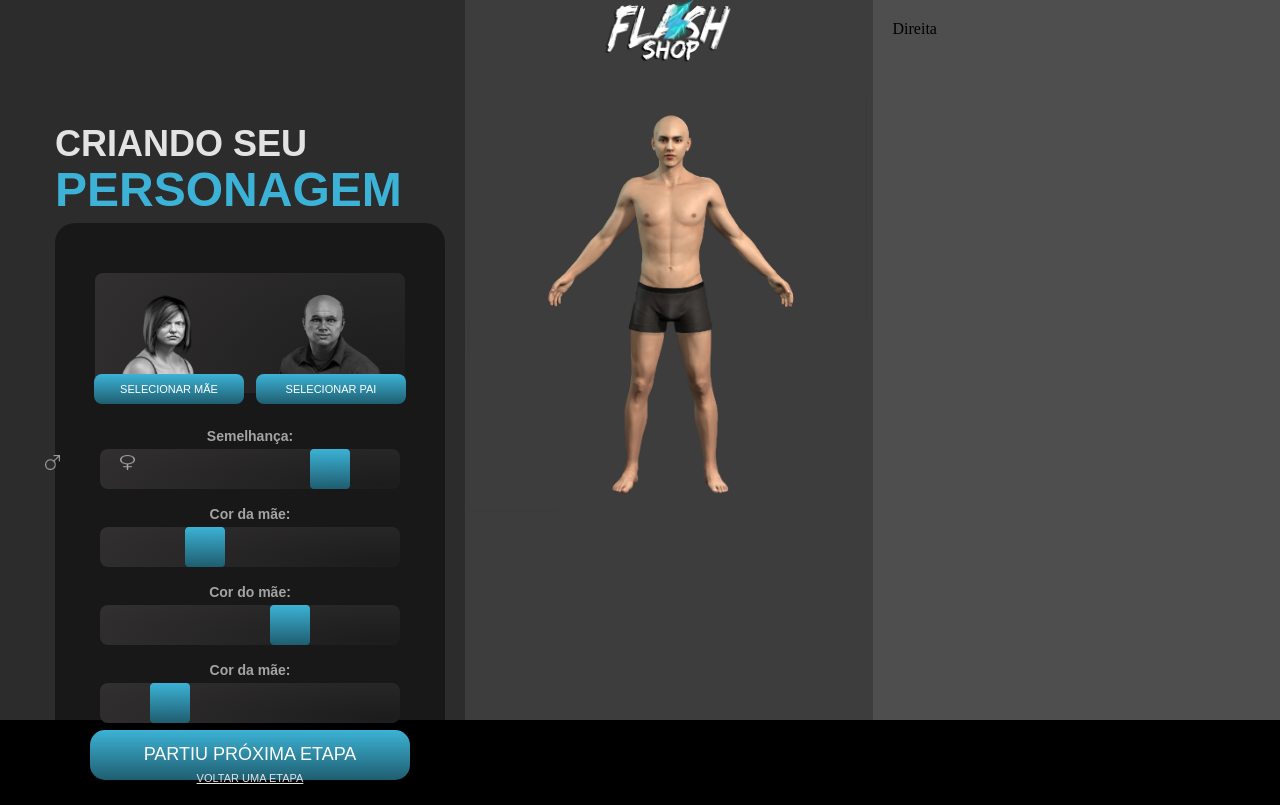
Repository: DuMCorrea/CriandoPerso
Page: index.html
An editor plug-in stored every save of this project. The page is shown before and after a run of saves, followed by the edit.
The browser window is 1280 px wide. The pictures show the whole page.

Above is the page before, as saved 2024-08-29 16:07:36.

### index.html
<!DOCTYPE html>
<html lang="en">
<head>
    <meta charset="UTF-8">
    <meta name="viewport" content="width=device-width, initial-scale=1.0">
    <title>Dividindo a Tela com Imagens</title>
    <link rel="stylesheet" href="styles.css">
</head>
<body>
    <div class="container">
        <div class="left">
            <h1 class="title">
                <span class="part1">CRIANDO SEU</span>
                <span class="part2">PERSONAGEM</span>
            </h1>
            <div class="vertical-rectangle">
                <div class="image-rectangle">
                    <img src="assets/mulher.png" alt="Imagem 1" class="rectangle-image">
                    <img src="assets/homem.png" alt="Imagem 2" class="rectangle-image">
                </div>
                <div class="button-group">
                    <button class="top-button">SELECIONAR MÃE</button>
                    <button class="top-button">SELECIONAR PAI</button>
                </div>
                <div class="rectangles-group">
                    <div class="image-container">
                        <img src="assets/Fem.png" alt="Imagem 1" class="small-image left-image">
                        <img src="assets/Masc.png" alt="Imagem 2" class="small-image right-image">
                    </div>
                    <div class="rectangle-title">Semelhança:</div>
                    <div class="gradient-rectangle">
                        <img src="assets/quadradoAzul.png" alt="Imagem 1" class="small-image1">
                    </div>

                    <div class="rectangle-title">Cor da mãe:</div>
                    <div class="gradient-rectangle">
                        <img src="assets/quadradoAzul.png" alt="Imagem 2" class="small-image2">
                    </div>

                    <div class="rectangle-title">Cor do mãe:</div>
                    <div class="gradient-rectangle">
                        <img src="assets/quadradoAzul.png" alt="Imagem 3" class="small-image3">
                    </div>

                    <div class="rectangle-title">Cor da mãe:</div>
                    <div class="gradient-rectangle">
                        <img src="assets/quadradoAzul.png" alt="Imagem 4" class="small-image4">
                    </div>
                </div>
                <button class="rectangle-button">PARTIU PRÓXIMA ETAPA</button>
                <button class="back-button">VOLTAR UMA ETAPA</button>
            </div>
        </div>
        <div class="center">
            <img src="assets/FlashStore 1 (1).png" alt="Imagem 1" class="top-image">
            <img src="assets/boneco 2.png" alt="Imagem 2" class="center-image">
        </div>
        <div class="right">Direita</div>
    </div>
</body>

</html>

### styles.css
body, html {
    margin: 0;
    padding: 0;
    height: 100%;
    display: flex;
    justify-content: center;
    align-items: center;
    background-color: #000; /* Fundo escuro */
}

.container {
    display: flex;
    width: 100%;
    height: 100%;
}

.container > div {
    flex: 1; /* Cada div ocupa 1/3 do espaço disponível */
    height: 100%;
    padding: 20px;
    box-sizing: border-box;
}



/* PARTE ESQUERDA */



.left {
    background-color: #2c2c2c;
    display: flex;
    flex-direction: column;
    justify-content: flex-start;
    align-items: flex-start;

}

.title {
    margin: 100px 0 0 0; /* Adiciona margem superior para mover o título para baixo */
    padding: 0;
}

.part1 {
    font-family: 'Baloo Bhai', sans-serif;
    font-size: 36px;
    font-weight: 700; /* Aumenta o peso da fonte para deixá-la mais grossa */
    line-height: 48px;
    text-align: left;
    color: #E3E3E3;
    display: block;
    margin-bottom: -10px; /* Reduz a distância entre as duas partes do título */
    margin-left: 35px;
}

.part2 {
    font-family: 'Baloo Bhai', sans-serif;
    font-size: 48px;
    font-weight: 700; /* Aumenta o peso da fonte para deixá-la mais grossa */
    line-height: 64px;
    text-align: left;
    color: #3CB3D6;
    display: block;
    margin-left: 35px;
}

.vertical-rectangle {
    width: 390px; /* Largura do retângulo */
    height: 630px; /* Altura do retângulo */
    background: #00000075; /* Cor de fundo com opacidade */
    border-radius: 20px; /* Bordas arredondadas */
    margin-left: 35px; /* Alinhamento com o título */
    margin-top: 1px; /* Espaço entre o título e o retângulo */
    display: flex;
    flex-direction: column;
    justify-content: space-between; /* Distribui o espaço */
    align-items: center; /* Centraliza os conteúdos */
}


.rectangle-button {
    width: 320px; /* Largura do botão */
    height: 50px; /* Altura do botão */
    background: linear-gradient(180deg, #3CB3D6 0%, #1F5E70 100%); /* Gradiente de cor */
    border-radius: 15px; /* Bordas arredondadas */
    border: none; /* Remove borda padrão do botão */
    color: white; /* Cor do texto */
    font-family: 'Baloo Bhai', sans-serif;
    font-size: 18px; /* Tamanho do texto */
    display: flex;
    justify-content: center; /* Centraliza horizontalmente */
    align-items: center; /* Centraliza verticalmente */
    margin-bottom: -15px; /* Ajusta o espaçamento superior */
    cursor: pointer;
}

.back-button {
    background: none; /* Remove o fundo */
    border: none; /* Remove a borda */
    color: #E3E3E3; /* Cor do texto */
    font-family: 'Baloo Bhai', sans-serif;
    font-size: 11px; /* Tamanho do texto */
    margin-bottom: 20px; /* Espaçamento superior ajustado */
    text-decoration: underline; /* Adiciona sublinhado */
    cursor: pointer; /* Muda o cursor ao passar por cima */
}


.button-group {
    display: flex;
    justify-content: space-between; /* Espaça os botões igualmente */
    width: 0%; /* Largura igual à do retângulo */
    padding: 10px 20px; /* Adiciona espaçamento ao redor dos botões */
}

.top-button {
    width: 50px; /* Largura dos botões */
    height: 40px; /* Altura dos botões */
    background: linear-gradient(180deg, #3CB3D6 0%, #1F5E70 100%); /* Gradiente de cor */
    border-radius: 15px; /* Bordas arredondadas */
    border: none; /* Remove borda padrão do botão */
    color: white; /* Cor do texto */
    font-family: 'Baloo Bhai', sans-serif;
    font-size: 16px; /* Tamanho do texto */
    display: flex;
    justify-content: center; /* Centraliza horizontalmente */
    align-items: center; /* Centraliza verticalmente */
    cursor: pointer;
}




.gradient-rectangle {
    width: 300px; /* Largura igual ao botão */
    height: 40px; /* Altura padrão para cada retângulo, ajuste conforme necessário */
    background: radial-gradient(547.21% 823.76% at 94.51% 88.04%, #1D1C1C 0%, #837E7E 100%);
    border-radius: 8px; /* Bordas arredondadas, igual ao botão */
    margin-bottom: 1px; /* Diminui a distância entre os retângulos */
    margin-top: 38px;
    margin-left: 0px;
}

.rectangle-title {
    width: 300px; /* Largura igual ao botão e retângulos */
    height: 30px; /* Altura do título */
    border-radius: 8px; /* Bordas arredondadas */
    display: flex;
    align-items: center; /* Centraliza verticalmente o texto */
    justify-content: center; /* Centraliza horizontalmente o texto */
    color: #A4A4A4; /* Cor do texto */
    font-weight: 700;
    font-family: 'Baloo Bhai', sans-serif;
    font-size: 14px; /* Tamanho do texto */
    margin-bottom: -40px; /* Espaçamento entre o título e o retângulo */
    margin-top: 10px;

}

.image-container {
    width: 50%;
    display: flex;
    justify-content: space-between; /* Coloca uma imagem em cada lado */
    position: absolute; /* As imagens ficam fora do fluxo normal */
    top: 10px; /* Ajusta a posição acima do retângulo */
    padding: 0 10px; /* Espaçamento lateral entre as bordas */
}

.small-image {
    width: 15px; /* Define o tamanho da imagem */
    height: 15px;
}

.left-image {
    position: relative;
    left: 10px;
    top: 445px;
}

.right-image {
    position: relative;
    right: 690px;
    top: 445px
}

.small-image1 {
    width: 40px;
    height: 40px;
    left: 210px;
    position: relative;
}
.small-image2 {
    width: 40px;
    height: 40px;
    left: 85px;
    position: relative;
}
.small-image3 {
    width: 40px;
    height: 40px;
    left: 170px;
    position: relative;
}
.small-image4 {
    width: 40px;
    height: 40px;
    left: 50px;
    position: relative;
}

.button-group {
    display: flex;
    justify-content: space-between; /* Espaça os botões igualmente */
    width: 80%; /* Largura do grupo de botões */
    height: 1%;
    top: 15px;
    position: relative;
}

.top-button {
    width: 150px; /* Largura dos botões */
    height: 30px; /* Altura dos botões */
    background: linear-gradient(180deg, #3CB3D6 0%, #1F5E70 100%); /* Gradiente de cor */
    border-radius: 8px; /* Bordas arredondadas */
    border: none; /* Remove borda padrão do botão */
    color: white; /* Cor do texto */
    font-family: 'Baloo Bhai', sans-serif;
    font-size: 11px; /* Tamanho do texto */
    cursor: pointer;
}

.rectangles-group {
    margin-top: 30px; /* Ajusta o espaçamento superior */
}

.image-rectangle {
    width: 290px; /* Largura do retângulo */
    height: 120px; /* Altura do retângulo */
    background: radial-gradient(547.21% 823.76% at 94.51% 88.04%, #1D1C1C 0%, #837E7E 100%); /* Gradiente de fundo */
    border-radius: 8px; /* Bordas arredondadas */
    display: flex;
    justify-content: space-between; /* Espaça as imagens igualmente */
    align-items: center; /* Centraliza verticalmente */
    padding: 0 10px; /* Espaçamento lateral interno */
    position: relative;
    top: 50px;
}

.rectangle-image {
    width: 110px; /* Largura das imagens */
    height: 110px; /* Altura das imagens */
    position: relative;
    right: 10px;
    top: 10px;
}

/* PARTE CENTRAL */



.center {
    background-color: #3d3d3d; /* Cor de fundo para a div central */
    display: flex;
    flex-direction: column;
    align-items: center;
    justify-content: space-between; /* Distribui o espaço entre as imagens */
}


.top-image {
    max-width: 40%;
    height: auto;
    margin-top: -60px;
}

.center-image {
    max-width: 200%;
    height: auto;
    margin-top: auto; /* Centraliza verticalmente */
    margin-bottom: 200px;
}


/* PARTE DIREITA */



.right {
    background-color: #4e4e4e; /* Cor de fundo para a div direita */
}

After the next 2 saves:
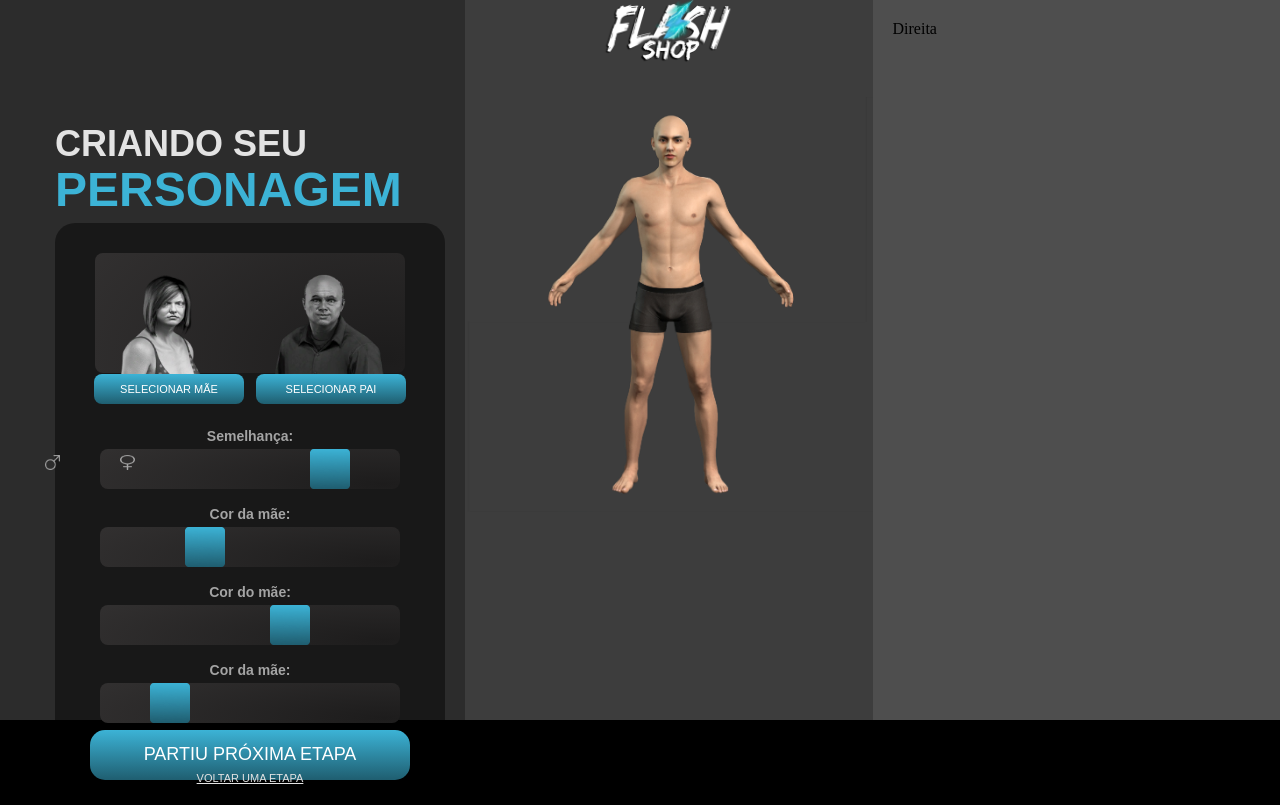
The 2 saves are shown as one change because they came seconds apart.
The last was saved 14 s later.
--- a/styles.css
+++ b/styles.css
@@ -243,7 +243,7 @@
     align-items: center; /* Centraliza verticalmente */
     padding: 0 10px; /* Espaçamento lateral interno */
     position: relative;
-    top: 50px;
+    top: 30px;
 }
 
 .rectangle-image {
